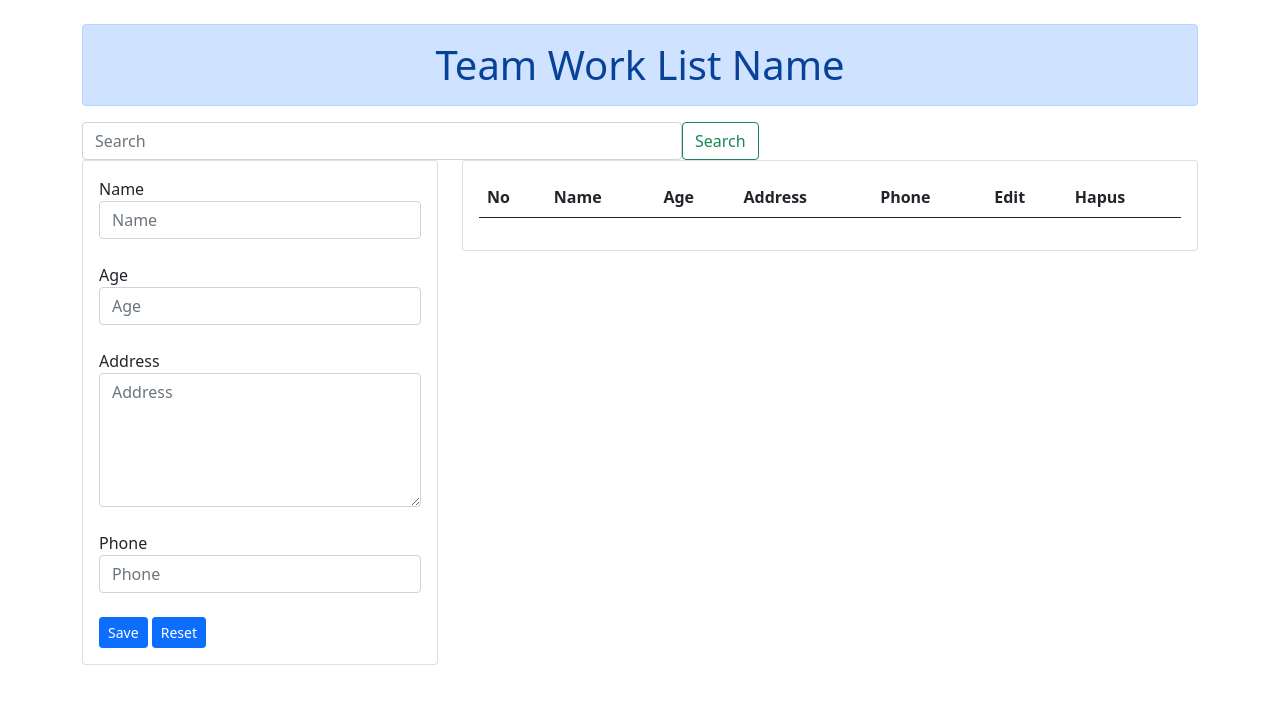
Repository: MENGSRUN/crud-html
Page: index.html
An editor plug-in stored every save of this project. The page is shown before and after the next save, followed by the edit.
The browser window is 1280 px wide. The pictures show the whole page.

Above is the page before, as saved 2023-05-11 16:31:21.

After the next save:
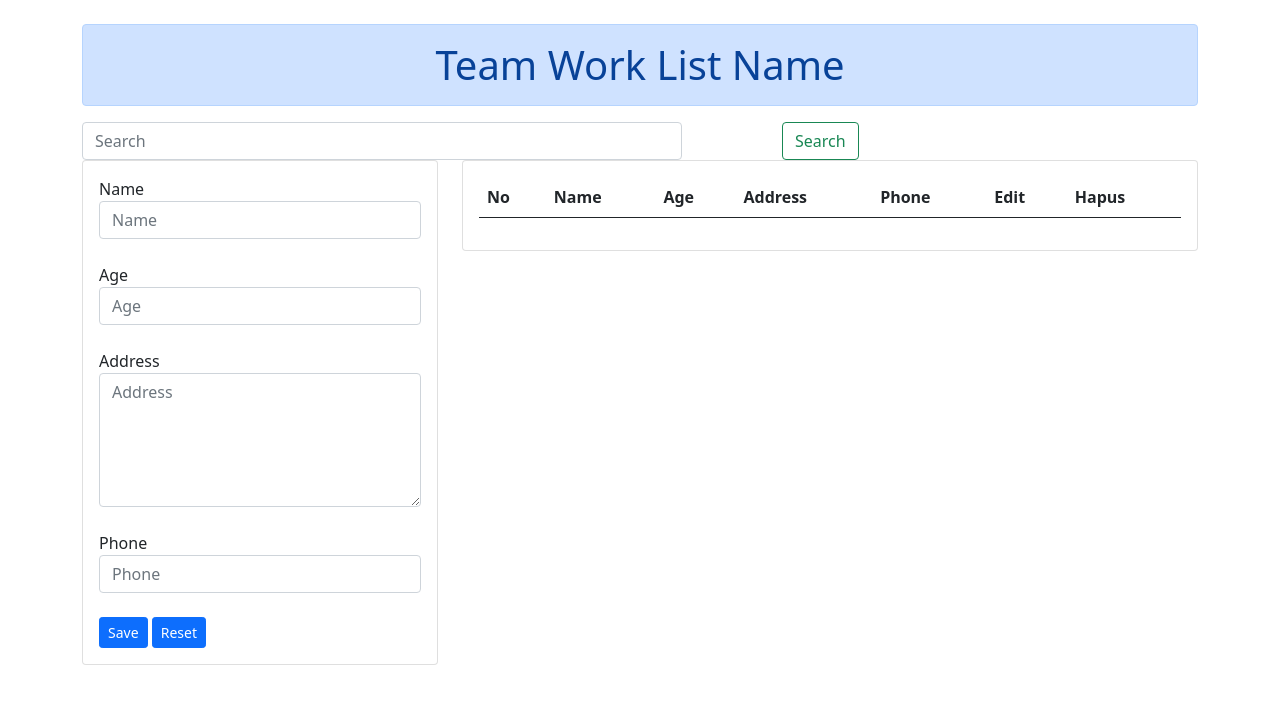
Saved 4 s later.
--- a/style.css
+++ b/style.css
@@ -1,4 +1,4 @@
 .sn{
     width: 600px!important;
-    float: left;ma
+    float: left;margin-right: 100px;
 }
